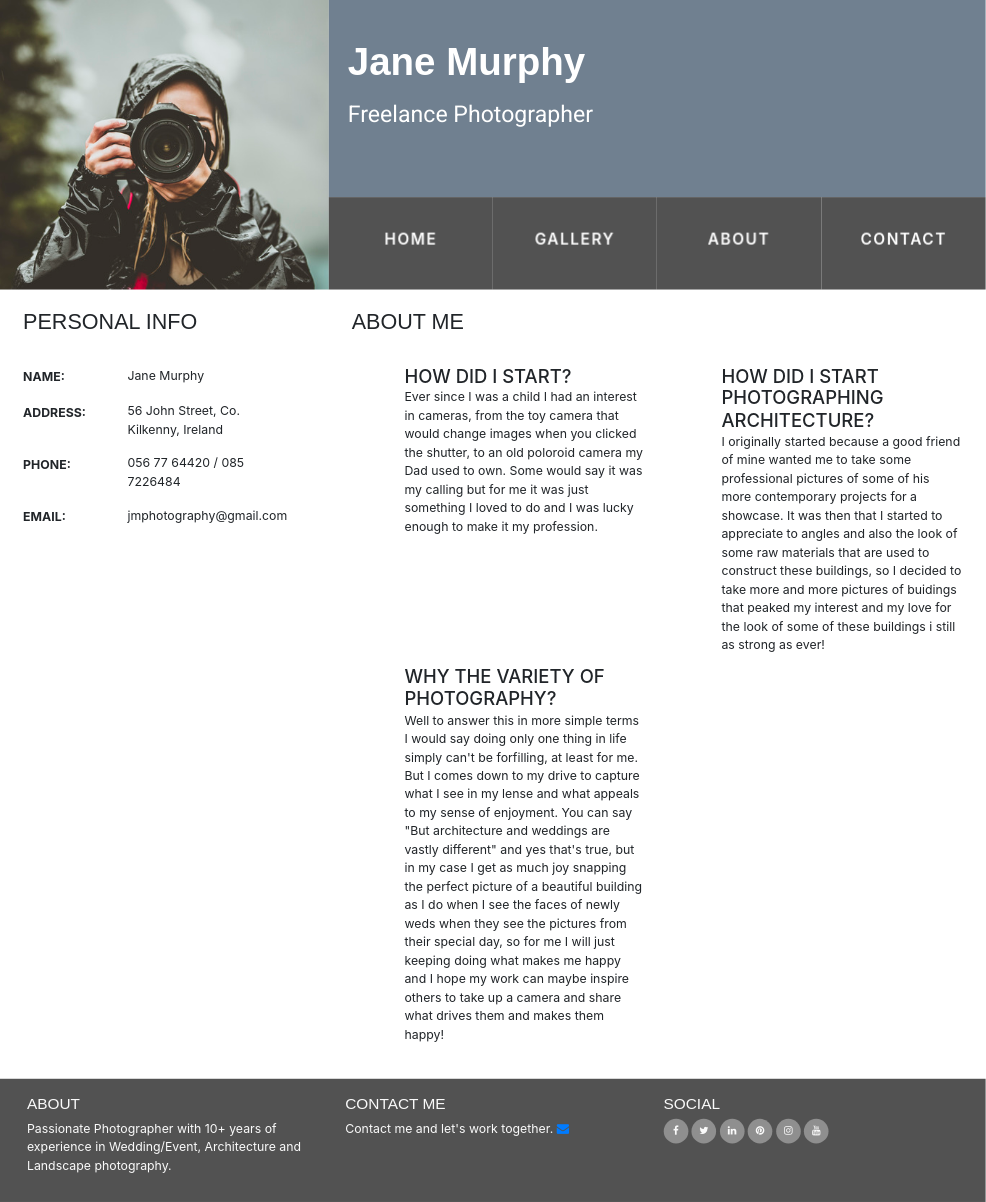
Repository: Code-Institute-Submissions/MrChrisRandall-milestone-1
Page: about.html
The author's editor kept a record of every edit. The page is drawn from the files as they stood at one moment, then again after the next edit.
The browser window is 1280 px wide. The pictures show the whole page, at 77% of full size.

Above is the page before.

After the next edit:
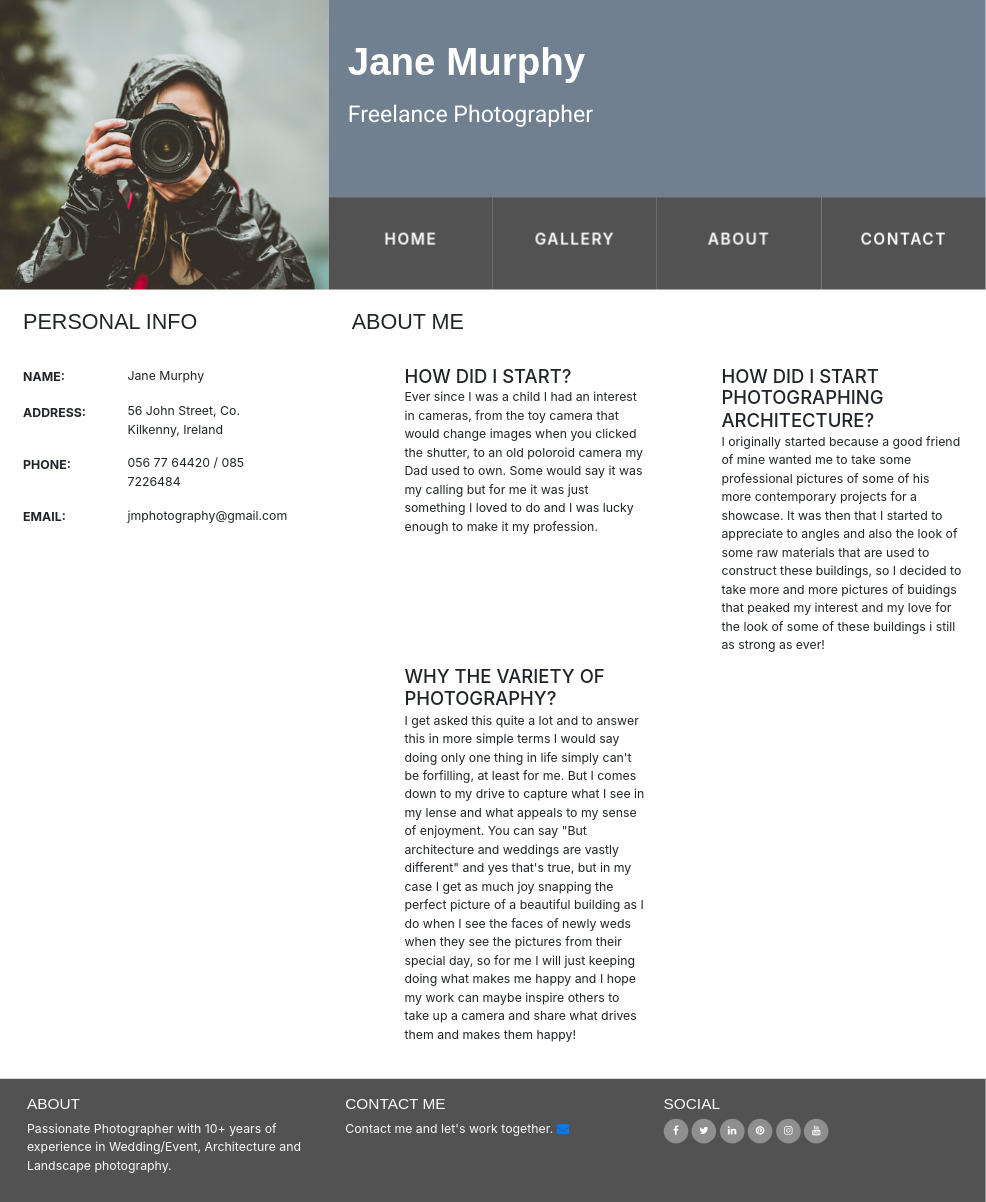
The edit:
--- a/about.html
+++ b/about.html
@@ -148,7 +148,7 @@
                             <div class="col-10">
                                 <h4 class="uppercase">Why the variety of photography?</h4>
                                 <p>
-                                    Well to answer this in more simple terms I would say doing only one thing in life simply can't be forfilling, at least for me. But I comes down to
+                                    I get asked this quite a lot and to answer this in more simple terms I would say doing only one thing in life simply can't be forfilling, at least for me. But I comes down to
                                     my drive to capture what I see in my lense and what appeals to my sense of enjoyment. You can say "But architecture and weddings are vastly different" and yes that's true,
                                     but in my case I get as much joy snapping the perfect picture of a beautiful building as I do when I see the faces of newly weds when
                                     they see the pictures from their special day, so for me I will just keeping doing what makes me happy and I hope my work can maybe inspire others to take up a camera
